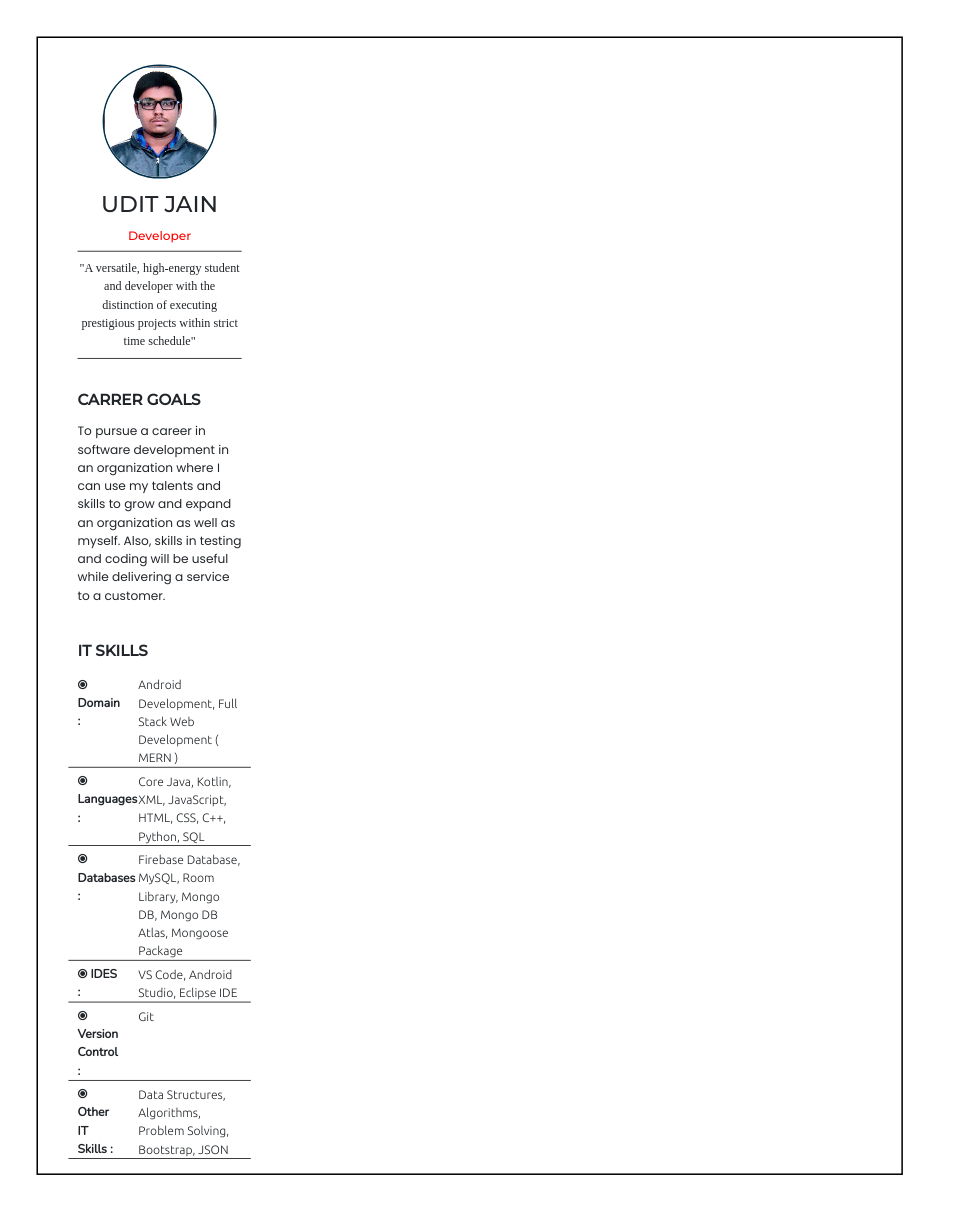
Repository: uditjain100/Resume
Page: app.html
An editor plug-in stored every save of this project. The page is shown before and after the next save, followed by the edit.
The browser window is 1280 px wide. The pictures show the whole page, at 76% of full size.
Some web fonts or font styles are not loaded; a fallback is used.

Above is the page before, as saved 2021-05-27 16:12:38.

### app.html
<!DOCTYPE html>
<html lang="en">
	<head>
		<meta charset="UTF-8" />
		<meta http-equiv="X-UA-Compatible" content="IE=edge" />
		<meta name="viewport" content="width=device-width, initial-scale=1.0" />
		<title>RESUME : Udit Jain</title>
		<link rel="stylesheet" href="app.css" />
		<script
			src="https://code.jquery.com/jquery-3.5.1.min.js"
			integrity="sha256-9/aliU8dGd2tb6OSsuzixeV4y/faTqgFtohetphbbj0="
			crossorigin="anonymous"
		></script>
		<link
			href="https://cdn.jsdelivr.net/npm/bootstrap@5.0.0-beta1/dist/css/bootstrap.min.css"
			rel="stylesheet"
			integrity="sha384-giJF6kkoqNQ00vy+HMDP7azOuL0xtbfIcaT9wjKHr8RbDVddVHyTfAAsrekwKmP1"
			crossorigin="anonymous"
		/>

		<link rel="preconnect" href="https://fonts.gstatic.com" />
		<link
			href="https://fonts.googleapis.com/css2?family=Montserrat:wght@300;500&display=swap"
			rel="stylesheet"
		/>
		<link
			href="https://fonts.googleapis.com/css2?family=Roboto+Slab:wght@300&display=swap"
			rel="stylesheet"
		/>
		<link
			href="https://fonts.googleapis.com/css2?family=Spartan:wght@500&display=swap"
			rel="stylesheet"
		/>
		<link
			href="https://fonts.googleapis.com/css2?family=Red+Hat+Display&display=swap"
			rel="stylesheet"
		/>
		<link
			href="https://fonts.googleapis.com/css2?family=Ubuntu:wght@300&display=swap"
			rel="stylesheet"
		/>
		<link
			href="https://fonts.googleapis.com/css2?family=Quicksand:wght@700&display=swap"
			rel="stylesheet"
		/>
		<link
			href="https://fonts.googleapis.com/css2?family=Nunito&display=swap"
			rel="stylesheet"
		/>
		<link
			href="https://fonts.googleapis.com/css2?family=Akaya+Kanadaka&display=swap"
			rel="stylesheet"
		/>
		<link
			href="https://fonts.googleapis.com/css2?family=Akaya+Kanadaka&family=PT+Sans+Narrow:wght@700&display=swap"
			rel="stylesheet"
		/>
		<link
			href="https://fonts.googleapis.com/css2?family=Poppins:wght@400&display=swap"
			rel="stylesheet"
		/>
		<link
			href="https://fonts.googleapis.com/css2?family=Lato:wght@300&display=swap"
			rel="stylesheet"
		/>
	</head>
	<body>
		<main class="container row my-5 mx-5" id="wholewindow">
			<section id="leftwindow" class="col-3">
				<article id="namebox">
					<img
						id="profileimg"
						src="profile.jpg"
						class="card-img-top"
						alt="..."
					/>
					<div class="card-body">
						<h3 class="card-title" style="font-size: 30px; font-weight: 400">
							UDIT JAIN
						</h3>
						<h6 class="card-subtitle mx-auto">Developer</h6>
						<p id="summary">
							"A versatile, high-energy student and developer with the
							distinction of executing prestigious projects within strict time
							schedule"
						</p>
					</div>
				</article>
				<article id="goalbox">
					<div class="card-body">
						<h3 class="card-title">CARRER GOALS</h3>
						<p>
							To pursue a career in software development in an organization
							where I can use my talents and skills to grow and expand an
							organization as well as myself. Also, skills in testing and coding
							will be useful while delivering a service to a customer.
						</p>
					</div>
				</article>
				<article id="itskillsbox">
					<div class="card-body">
						<h3 class="card-title">IT SKILLS</h3>
						<ul class="list-group">
							<li id="itskillsitem" class="row">
								<span class="col-4" id="que">⦿ Domain : </span>
								<span class="col-8" id="ans"
									>Android Development, Full Stack Web Development ( MERN
									)</span
								>
							</li>
							<li id="itskillsitem" class="row">
								<span class="col-4" id="que">⦿ Languages : </span>
								<span class="col-8" id="ans"
									>Core Java, Kotlin, XML, JavaScript, HTML, CSS, C++, Python,
									SQL</span
								>
							</li>
							<li id="itskillsitem" class="row">
								<span class="col-4" id="que">⦿ Databases : </span>
								<span class="col-8" id="ans"
									>Firebase Database, MySQL, Room Library, Mongo DB, Mongo DB
									Atlas, Mongoose Package</span
								>
							</li>
							<li id="itskillsitem" class="row">
								<span class="col-4" id="que">⦿ IDES : </span>
								<span class="col-8" id="ans"
									>VS Code, Android Studio, Eclipse IDE</span
								>
							</li>
							<li id="itskillsitem" class="row">
								<span class="col-4" id="que">⦿ Version Control : </span>
								<span class="col-8" id="ans">Git</span>
							</li>
							<li id="itskillsitem" class="row">
								<span class="col-4" id="que">⦿ Other IT Skills : </span>
								<span class="col-8" id="ans"
									>Data Structures, Algorithms, Problem Solving, Bootstrap,
									JSON</span
								>
							</li>
						</ul>
					</div>
				</article>
			</section>
			<section id="rightwindow" class="col-9"></section>
		</main>
	</body>
</html>

### app.css
/* * Common Section */

@keyframes transitionIn {
	from {
		opacity: 0;
		transform: rotateY(-10deg);
	}
	to {
		opacity: 1;
		transform: rotateY(0);
	}
}

html {
	animation: transitionIn 1s;
}

p {
	font-family: "Lato";
}

/*  ********************* resume work */

#wholewindow {
	margin-top: 100px;
	border: 2px black solid;
	display: flex;
	flex-direction: row;
	flex-wrap: wrap;
	justify-content: space-evenly;
	/* align-items: center; */
}

#leftwindow {
	margin-top: 25px;
	min-width: 250px;
}

#rightwindow {
	margin-top: 20px;
	min-width: 250px;
}

#namebox {
	display: flex;
	flex-direction: column;
	flex-wrap: wrap;
	align-items: center;
	text-align: center;
	font-family: "Montserrat";
}

#profileimg {
	width: 150px;
	height: 150px;
	border-radius: 50%;
	border: 2px #003049 solid;
	margin-top: 10px;
}
#summary {
	font-family: "Akaya Kanadaka";
	margin-top: 10px;
	margin-bottom: 10px;
	padding-top: 10px;
	padding-bottom: 10px;

	border-bottom: 1px black solid;
	border-top: 1px black solid;
}

.card-subtitle {
	color: red;
}

#itskillsitem,
#managementskillsitem {
	border-bottom: 1px black solid;
	margin-top: 3px;
	margin-bottom: 3px;
}

#que {
	font-family: "Nunito";
	font-weight: 900;
	text-align: left;
}

#ans {
	font-family: "Ubuntu";
	font-weight: 400;
	text-align: left;
}

li img {
	width: 15px;
	height: 15px;
	border-radius: 50%;
	margin-right: 5px;
}

#contactitem {
	font-family: "Nunito";
}

#contactitem div a {
	color: black;
	text-decoration: none;
	transition: 0.3s;
}

#contactitem div a:hover {
	color: dodgerblue;
	text-decoration: underline;
}

#educationtitle {
	font-family: "Red Hat Display";
	font-weight: 200;
}

#educationitem,
#projectitem {
	margin-bottom: 10px;
	padding-bottom: 10px;
	border-bottom: 1px black solid;
}

#details {
	font-family: "Ubuntu";
}

#institutename {
	text-decoration: underline;
}

#timestamp {
	font-size: 13px;
}

#stream {
	font-size: 16px;
	font-weight: 400;
}

#subjects {
	font-size: 10px;
	font-weight: 300;
}

#marks {
	font-size: 15px;
	font-weight: 700;
}

#projecttitle {
	font-family: "Red Hat Display";
	font-weight: 400;
}

#projectdetails {
	margin-left: 25px;
}

p {
	font-family: "Poppins";
}

.card {
	background-color: black;
}

.card-title {
	font-family: "Montserrat";
	font-weight: 900;
	font-size: 20px;
	padding-bottom: 10px;
	border: none;
}

/* * Common Section */

.footer {
	position: -webkit-sticky;
	left: 0;
	bottom: 0;
	width: 100%;
	color: white;
	text-align: center;
	font-family: "Montserrat";
}

After the next save:
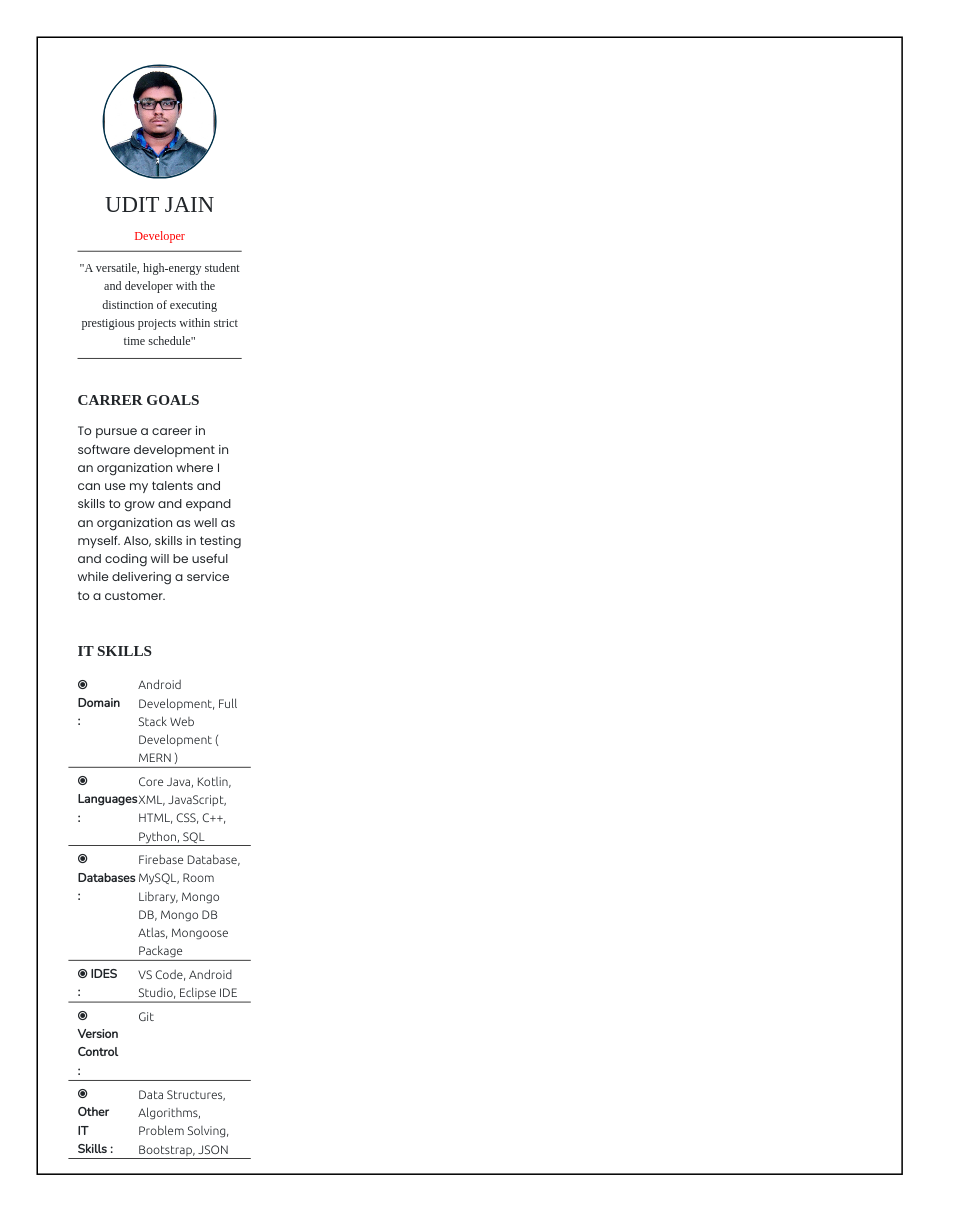
Saved 73 s later.
--- a/app.html
+++ b/app.html
@@ -19,10 +19,10 @@
 		/>
 
 		<link rel="preconnect" href="https://fonts.gstatic.com" />
-		<link
+		<!-- <link
 			href="https://fonts.googleapis.com/css2?family=Montserrat:wght@300;500&display=swap"
 			rel="stylesheet"
-		/>
+		/> -->
 		<link
 			href="https://fonts.googleapis.com/css2?family=Roboto+Slab:wght@300&display=swap"
 			rel="stylesheet"
